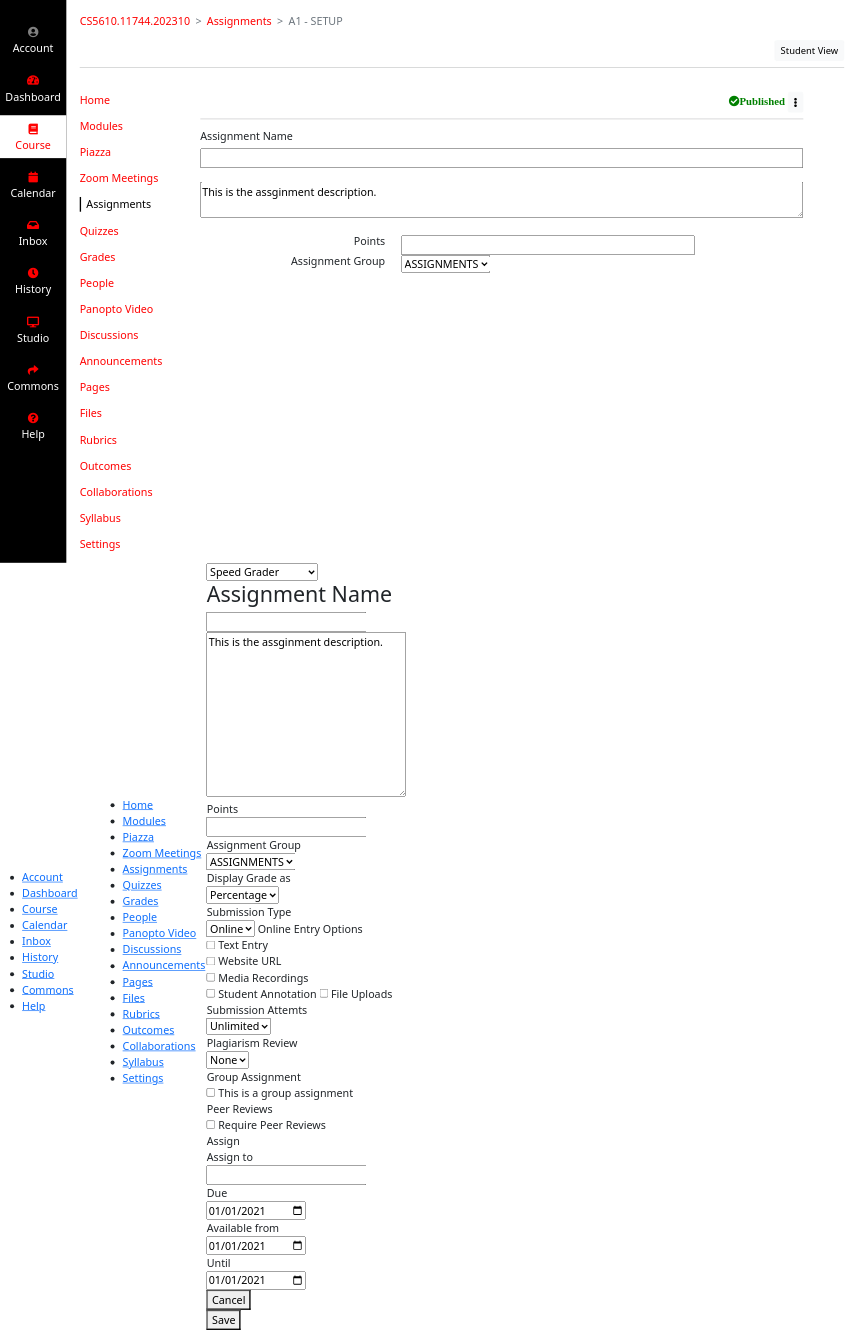
Repository: yuqiant/kanbas-react-web-app
Page: public/kanbas/assignment/edit.html
These files come from the project's save history. The page is drawn as it stood at one moment and after the next save; the edit follows.
The browser window is 1280 px wide. The pictures show the whole page, at 67% of full size.

Above is the page before, as saved 2023-10-05 00:54:03.

### public/kanbas/assignment/edit.html
<!DOCTYPE html>
<html lang="en">

<head>

    <meta charset="UTF-8">
    <meta name="viewport" content="width=device-width, initial-scale=1.0">
    <title>Flexbox Layout</title>
    <link rel="stylesheet" href="../../vendors/fontawesome/css/all.min.css">
    <link rel="stylesheet" href="../../vendors/bootstrap/css/bootstrap.min.css" />
    <link href="index.css" rel="stylesheet" />

</head>

<body>
    <div class="flex-container">
        <div class="left-column">

            <ul>
                <li><i class="fa fa-user-circle fa-inverse" style="color: grey;"></i><a
                        href="../account/account.html">Account</a> </li>
                <li><i class="fas fa-tachometer-alt" style="color: red;"></i><a href="#">Dashboard</a></li>
                <li class="active"><i class="fas fa-book" style="color: red;"></i><a
                        href="../course/courseNavigation.html" style="color: red;">Course</a>
                </li>
                <li><i class="fas fa-calendar" style="color: red;""></i><a href=" #">Calendar</a></li>
                <li><i class="fas fa-inbox" style="color: red;"></i><a href="#">Inbox</a></li>
                <li><i class="fas fa-clock" style="color: red;"></i><a href="#">History</a></li>
                <li><i class="fas fa-desktop" style="color: red;"></i><a href="#">Studio</a></li>
                <li><i class="fas fa-share" style="color: red;"></i><a href="#">Commons</a></li>
                <li><i class="fas fa-question-circle" style="color: red;"></i><a href="#">Help</a></li>
            </ul>

        </div>
        <div class="right-column">

            <div class="right-top">
                <nav style="--bs-breadcrumb-divider: '>'; color: red;" aria-label="breadcrumb">
                    <ol class="breadcrumb">
                        <li class="breadcrumb-item"><a href="../dashboard/index.html"
                                style="color: red;">CS5610.11744.202310</a></li>
                        <li class="breadcrumb-item"><a href="index.html" style="color: red;">Assignments</a></li>
                        <li class="breadcrumb-item active" aria-current="page">A1 - SETUP</li>
                    </ol>
                </nav>


                <div class="float-sm-end"> <button class="btn btn-light btn-sm">Student View</button>
                </div><br />
                <hr />


            </div>
            <div class="right-bottom">


                <div class="right-bottom-item1">


                    <ul>
                        <li><a href="../home.html">Home</a></li>
                        <li><a href="#">Modules</a></li>
                        <li><a href="#">Piazza</a></li>
                        <li><a href="#">Zoom Meetings</a></li>
                        <li class="active"><a href="assignment/index.html" style="color: black;">Assignments</a></li>
                        <li><a href="#">Quizzes</a></li>
                        <li><a href="grades.html">Grades</a></li>
                        <li><a href="#">People</a></li>
                        <li><a href="#">Panopto Video</a></li>
                        <li><a href="#">Discussions</a></li>
                        <li><a href="#">Announcements</a></li>
                        <li><a href="#">Pages</a></li>
                        <li><a href="#">Files</a></li>
                        <li><a href="#">Rubrics</a></li>
                        <li><a href="#">Outcomes</a></li>
                        <li><a href="#">Collaborations</a></li>
                        <li><a href="#">Syllabus</a></li>
                        <li><a href="coursesetting.html">Settings</a></li>
                    </ul>
                </div>

                <div class="right-bottom-item2">


                    <div class="float-sm-end">
                        <i class="fas fa-check-circle" style="color: green;">Published</i>
                        <button class="btn btn-light btn-sm"><i class="fas fa-ellipsis-v"></i></button>

                    </div><br>
                    <hr />
                    <h6>Assignment Name</h6>

                    <input id="text-fields-assginment" style="width: 900px; margin-bottom: 20px;" /><br />
                    <form id="textarea">
                        <textarea
                            style="width: 900px; margin-bottom: 20px;">This is the assginment description.</textarea>
                    </form>

                    <div class="row">
                        <div class="col-md-6 text-end">
                            <h6>Points</h6>
                        </div>
                        <div class="col-md-6">
                            <form id="text-fields">
                                <input id="text-fields-assginment" style="width: 100%;" />
                            </form>
                        </div>
                    </div>

                    <div class="row">
                        <div class="col-md-6 text-end">
                            <h6>Assignment Group</h6>
                        </div>
                        <div class="col-md-6">
                            <select id="select-one">
                                <option value="ALL">ASSIGNMENTS</option>
                            </select>
                        </div>
                    </div>







                </div>
            </div>

        </div>
    </div>
    </div>
</body>


<body>
    <table>
        <tr>
            <td id="firstColumn" style="width: 150px;">
                <ul>
                    <li><a href="index.html">Account</a></li>
                    <li><a href="#">Dashboard</a></li>
                    <li><a href="../coursecol.html">Course</a></li>
                    <li><a href="#">Calendar</a></li>
                    <li><a href="#">Inbox</a></li>
                    <li><a href="#">History</a></li>
                    <li><a href="#">Studio</a></li>
                    <li><a href="#">Commons</a></li>
                    <li><a href="#">Help</a></li>
                </ul>
            </td>
            <td id="secondColumn" style="width: 150px;">
                <ul>
                    <li><a href="../home.html">Home</a></li>
                    <li><a href="#">Modules</a></li>
                    <li><a href="#">Piazza</a></li>
                    <li><a href="#">Zoom Meetings</a></li>
                    <li><a href="index.html">Assignments</a></li>
                    <li><a href="#">Quizzes</a></li>
                    <li><a href="../grades.html">Grades</a></li>
                    <li><a href="#">People</a></li>
                    <li><a href="#">Panopto Video</a></li>
                    <li><a href="#">Discussions</a></li>
                    <li><a href="#">Announcements</a></li>
                    <li><a href="#">Pages</a></li>
                    <li><a href="#">Files</a></li>
                    <li><a href="#">Rubrics</a></li>
                    <li><a href="#">Outcomes</a></li>
                    <li><a href="#">Collaborations</a></li>
                    <li><a href="#">Syllabus</a></li>
                    <li><a href="../coursesetting.html">Settings</a></li>
                </ul>
            </td>
            <td id="thirdColumn" style="width: 250px;">
                <form id="text-fields">

                    <select id="select-one">
                        <option value="ALL">Speed Grader</option>
                        <option value="ALL">Edit</option>
                        <option value="ALL">Duplicate</option>
                        <option value="ALL">Delete</option>
                        <option value="ALL">Move To...</option>
                        <option value="ALL">Send To...</option>
                        <option value="ALL">Copy To...</option>
                        <option value="ALL">Share to Commons</option>
                    </select>
                </form>

                <h2>Assignment Name</h2>

                <input id="text-fields-assginment" /><br />
                <form id="textarea">

                    <textarea cols="30" rows="10">This is the assginment description.</textarea>
                </form>

                <div>Points</div>
                <form id="text-fields">
                    <input id="text-fields-assginment" /><br />
                </form>

                <div>Assignment Group</div>
                <select id="select-one">
                    <option value="ALL">ASSIGNMENTS</option>
                </select>

                <div>Display Grade as</div>
                <select id="select-one">
                    <option value="ALL">Percentage</option>
                </select>

                <div>Submission Type</div>
                <select id="select-one">
                    <option value="ALL">Online</option>
                </select>

                <label>Online Entry Options</label>
                <br />
                <input type="checkbox" value="TEXTENTRY" name="check-genre" id="chkbox-textentry" />
                <label for="chkbox-textentry">Text Entry</label> <br />
                <input type="checkbox" value="WEBSITEURL" name="check-genre" id="chkbox-websiteurl" />
                <label for="chkbox-websiteurl">Website URL</label> <br />
                <input type="checkbox" value="MEDIARECORDINGS" name="check-genre" id="chkbox-mediarecordings" />
                <label for="chkbox-mediarecordings">Media Recordings</label> <br />
                <input type="checkbox" value="STUDENTANNOTATION" name="check-genre" id="chkbox-studentannotation" />
                <label for="chkbox-studentannotation">Student Annotation</label>
                <input type="checkbox" value="FILEUPLOADS" name="check-genre" id="chkbox-fileuploads" />
                <label for="chkbox-fileuploads">File Uploads</label>

                <div>Submission Attemts</div>
                <select id="select-one">
                    <option value="ALL">Unlimited</option>
                </select>

                <div>Plagiarism Review</div>
                <select id="select-one">
                    <option value="ALL">None</option>
                </select>

                <div>Group Assignment
                    <br />
                    <input type="checkbox" value="GROUPASSIGNMENT" name="check-genre" id="chkbox-groupassignment" />
                    <label for="chkbox-groupassignment">This is a group assignment</label> <br />
                </div>

                <div>Peer Reviews
                    <br />
                    <input type="checkbox" value="PEERREVIEWS" name="check-genre" id="chkbox-peerrivews" />
                    <label for="chkbox-peerrivews">Require Peer Reviews</label> <br />
                </div>

                <div>Assign</div>
                <div>Assign to</div>
                <form id="text-fields">
                    <input id="text-fields-assginment" /><br />
                </form>

                <div>Due</div>
                <input type="date" id="text-fields-dob" value="2021-01-01" /><br />

                <div>Available from</div>
                <input type="date" id="text-fields-dob" value="2021-01-01" /><br />

                <div>Until</div>
                <input type="date" id="text-fields-dob" value="2021-01-01" /><br />


                <form action="assignment.html" method="get">
                    <button type="cancel">Cancel</button>
                </form>

                <form action="assignment.html" method="get">
                    <button type="save">Save</button>
                </form>




            </td>

        </tr>
    </table>

</body>

</html>

### public/kanbas/assignment/index.css
.flex-container {
    display: flex;
    height: 100%;
}

/* 左边列 */
.left-column {
    /* flex: 1; */
    /* 占据可用空间的一部分 */
    /* padding: 20px; */
    width: 0 0 80px;
    /* Adjust sidebar width as needed (between 75 and 85 pixels) */
    background-color: black;
    color: white;
    text-align: center;
    padding-top: 20px;
}

.left-column ul {
    list-style-type: none;
    padding: 0;
}

.left-column li {
    margin: 8px 0;
    /* Adjust margin between links as needed (between 5 and 10 pixels) */
    padding: 8px;
    /* Adjust padding around links as needed (between 5 and 10 pixels) */
}

.left-column li.active {
    color: red;
    background-color: white;


}



.left-column a {
    color: white;
    text-decoration: none;
    display: block;
}

.right-column {

    flex: 2;
    /* 占据可用空间的两部分 */
    display: flex;
    flex-direction: column;
    /* 垂直方向排列 */
}

/* 右上部分 */
.right-top {
    padding: 20px;
}

/* 右下部分分为三竖着的部分 */
.right-bottom {
    display: flex;
    flex-direction: row;
    /* 垂直方向排列 */
    flex: 1;
    /* 均分可用空间 */
}

/* 每个竖着的部分 */
.right-bottom-item {
    flex: 1;
    /* 均分可用空间 */
    padding: 10px;
}

.right-bottom-item1 {
    width: 200px;

    /* padding: 10px; */
    border-left: 25px
}

.right-bottom-item1 a {
    color: red;
    text-decoration: none;

}


.right-bottom-item1 ul {
    list-style: none;
    padding: 0;
}

.right-bottom-item1 li {
    margin-bottom: 15px;
    padding-left: 20px;
}

.right-bottom-item1 li.active a {
    color: black;
    padding-left: 8px;

    /* padding-right: 10px; */

    border-left: 2px solid black;
}


.right-bottom-item2 {
    width: 900px;

    /* padding: 10px; */
    border-left: 25px;
    /* flex-direction: column; */
}

.custom-indent {
    padding-left: 40px;
    /* 调整适当的缩进大小 */
}

.right-bottom-item3 {
    width: 200px;

    padding-left: 25px;
    /* padding: 10px; */
    /* border-left: 25px; */
    /* flex-direction: column; */
}

.smaller-text {
    font-size: 14px;
}

.percentage {
    display: inline-block;
    margin-right: 10px;
    /* 添加间距 */
}

.icon {
    display: inline-block;
}

.align-items-center {
    padding-left: 10px;
}

.align-items-start {
    border-left: 3px solid green;

}

.breadcrumb-item a {
    text-decoration: none;
}

.text-end {
    width: 300px;
}

Loaded but not shown: public/vendors/fontawesome/css/all.min.css (library); public/vendors/bootstrap/css/bootstrap.min.css (library)

After the next save:
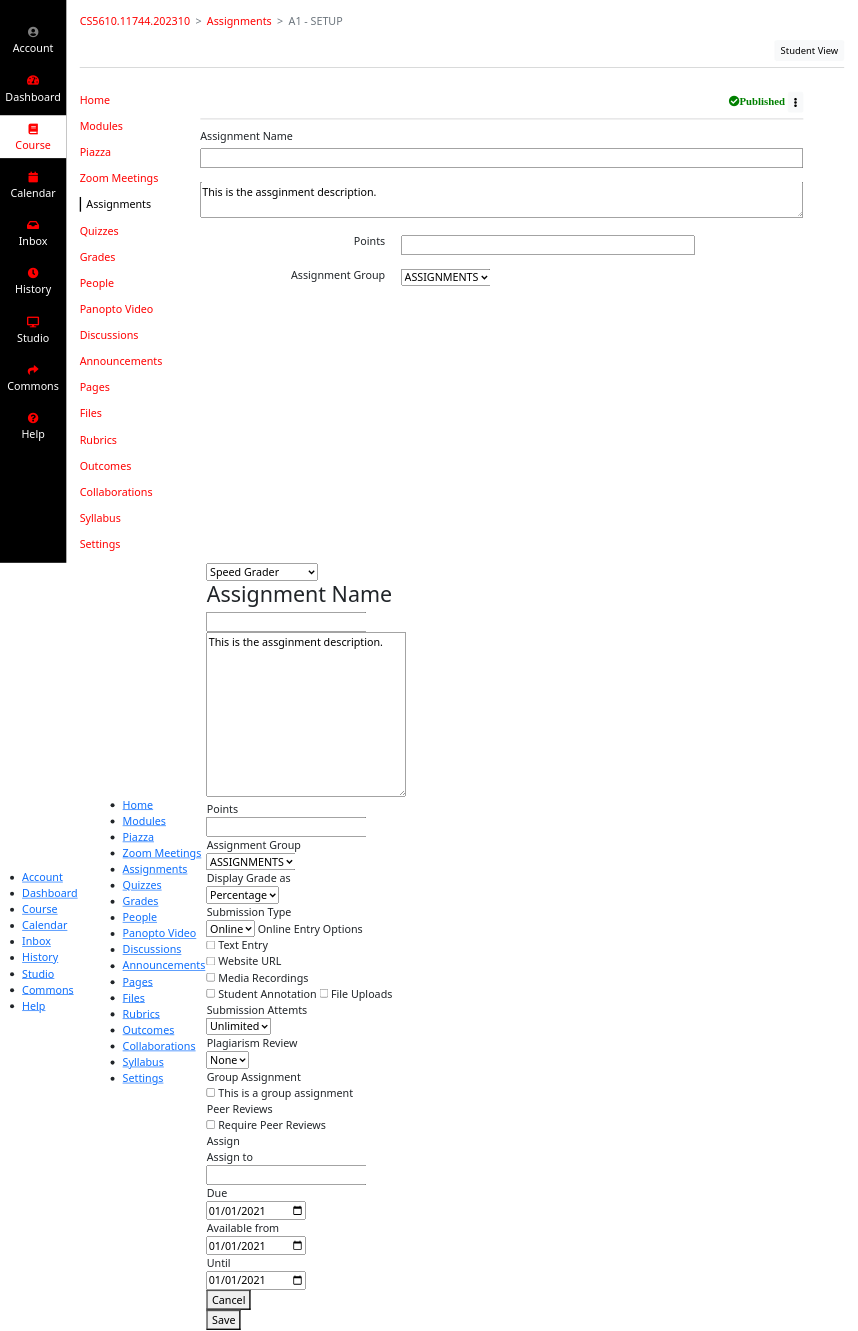
Saved 34 s later.
--- a/public/kanbas/assignment/index.css
+++ b/public/kanbas/assignment/index.css
@@ -159,3 +159,7 @@
 .text-end {
     width: 300px;
 }
+
+.row {
+    margin-bottom: 20px;
+}
